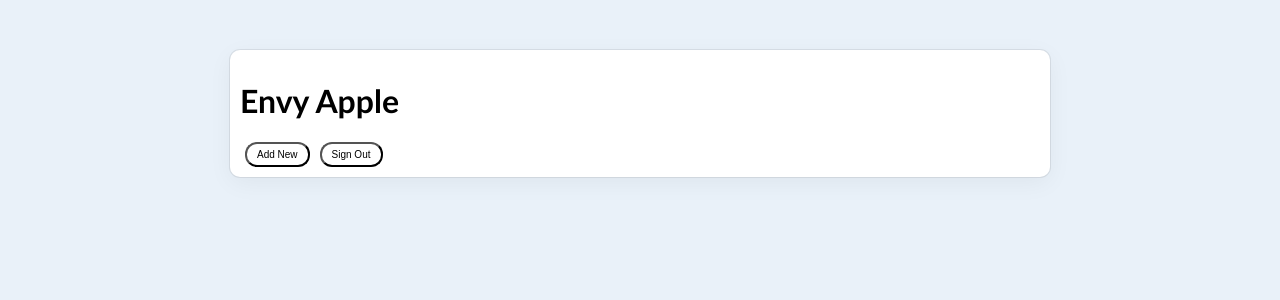
Repository: mosesvk/_todo
Page: / (app in client/)
These files come from the project's save history. The page is drawn as it stood at one moment and after the next save; the edit follows.
The browser window is 1280 px wide. The pictures show the whole page.
The project was rebuilt for these pictures with package versions that can differ from the ones it lists, and the page was loaded fresh each time. Also part of the build but not shown: client/vite.config.js.

Above is the page before, as saved 2023-05-01 08:25:20.

### client/src/App.jsx
import ListHeader from './components/ListHeader'

const App = () => {

  return (
    <div className='app'>
      <ListHeader listName='Envy Apple' />
    </div>
  )
}

export default App

### client/src/index.css
body {
    margin: 0;
    padding: 0;
    background-color: #e9f1f9;
    display: flex;
    justify-content: center;
    font-family: 'Trebuchet MS', Arial, sans-serif
}

.app {
    background-color: #ffffff;
    box-shadow: #0000000d 0 6px 24px, #00000014 0 0 0 1px;
    border-radius: 10px;
    padding: 10px;
    width: 800px;
    margin: 50px;
}

.button-container {
    display: flex;
    align-items: center;
}

.button-container button {
    margin: 0 5px;
    padding: 5px 10px;
    font-size: 10px;
    border-radius: 12px;
    background-color: transparent;
}

.list-header {
    width: 100%;
    display: flex;
    justify-content: space-between;
    border-bottom: #0000000d;
}

### client/src/components/ListHeader.jsx
import React from 'react'

const ListHeader = ({listName}) => {

  const signOut = () => {
    console.log('signout')
  }

  return (
    <div>
      <h1>{listName}</h1>
      <div className="button-container">
        <button className="create">Add New</button>
        <button className="signout" onClick={signOut}>Sign Out</button>
      </div>
    </div>
  )
}

export default ListHeader

Loaded but not shown: client/index.html (common file); client/src/main.jsx (common file)

After the next save:
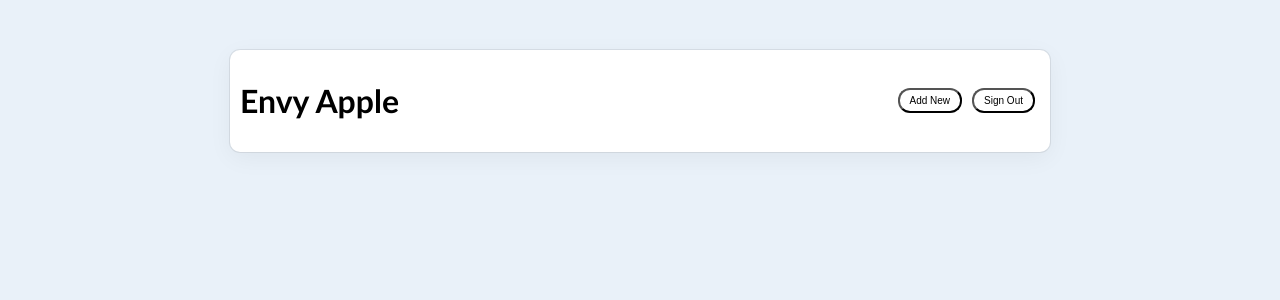
Saved 22 s later.
--- a/client/src/components/ListHeader.jsx
+++ b/client/src/components/ListHeader.jsx
@@ -7,7 +7,7 @@ const ListHeader = ({listName}) => {
   }
 
   return (
-    <div>
+    <div className='list-header'>
       <h1>{listName}</h1>
       <div className="button-container">
         <button className="create">Add New</button>
